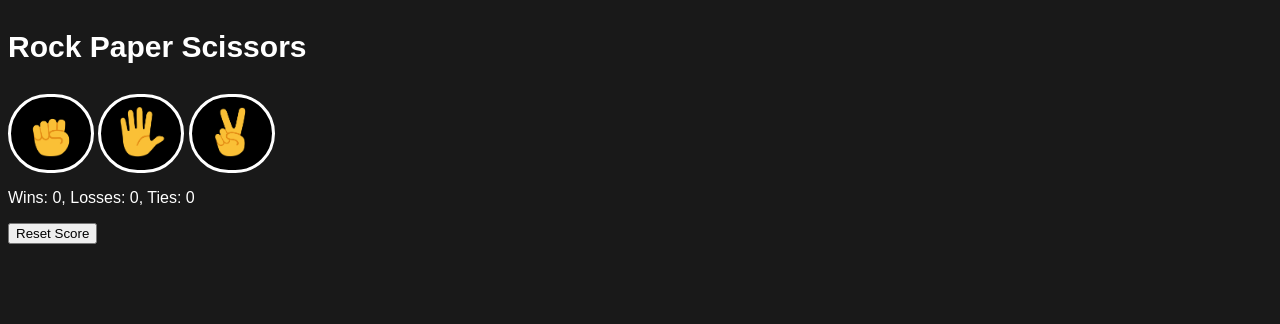
Repository: Samkiroko/Javascript-course
Page: 10-rock-paper-scissior.html
An editor plug-in stored every save of this project. The page is shown before and after the next save, followed by the edit.
The browser window is 1280 px wide. The pictures show the whole page.

Above is the page before, as saved 2023-08-28 11:25:06.

After the next save:
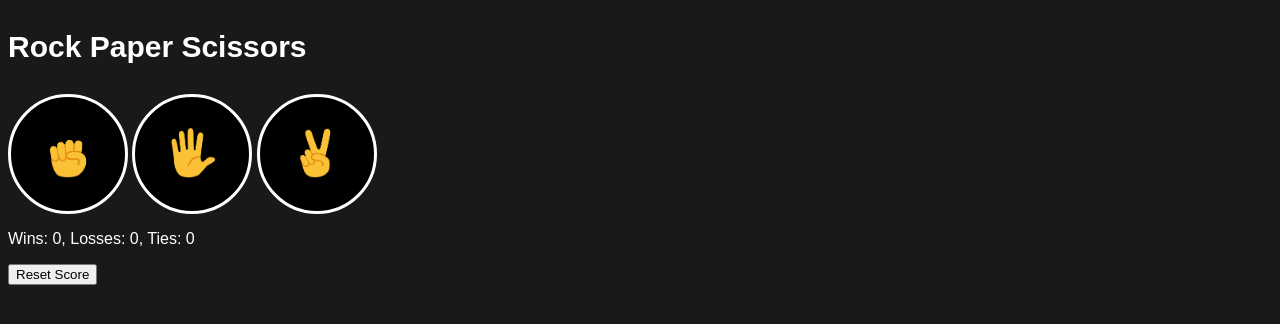
Saved 71 s later.
--- a/10-rock-paper-scissior.html
+++ b/10-rock-paper-scissior.html
@@ -18,14 +18,9 @@
       .move-button {
         border: 3px solid white;
         background-color: black;
-        color: white;
-        padding-top: 10px;
-        padding-bottom: 10px;
-        padding-left: 15px;
-        padding-right: 15px;
-        font-weight: bold;
-        border-radius: 50px;
-        cursor: pointer;
+        width: 120px;
+        height: 120px;
+        border-radius: 50%;
       }
     </style>
   </head>
